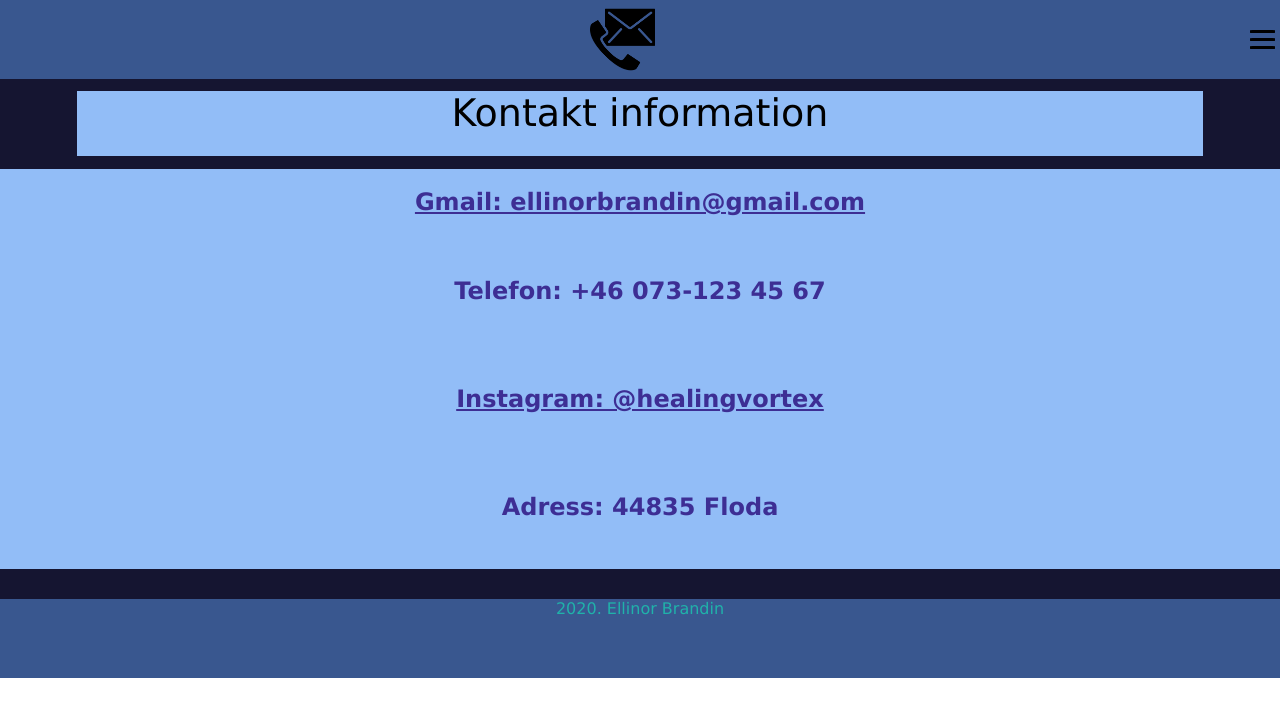
Repository: EllinorBrandin/projekt2
Page: kontakt.html
The author's editor kept a copy of each file at every save. The page is drawn from the files as they stood at one save, then again after the next save.
The browser window is 1280 px wide. The pictures show the whole page.

Above is the page before, as saved 2020-05-29 01:50:38.
Console error: TypeError: Cannot read properties of undefined (reading 'style')

### kontakt.html
<!DOCTYPE html>
<html lang="en">
<head>
    <meta charset="UTF-8">
    <meta name="viewport" content="width=device-width, initial-scale=1.0">
    <meta http-equiv="X-UA-Compatible" content="ie=edge">
    <title>Kontakt</title>
    <link rel="stylesheet" type="text/css" href="css/style.css"/>
</head>
<body>
<div id="container">
    <div class="navbar">
        <img src="img/contact.png" alt="Kontakt" class="kontaktlogga">

       <div id="hamburgermeny">

           <ul class="navLinks">
            <li class="link1"><a href="minprofil.html">Min profil</a></li>
            <li class="link3"><a href="index.html">Hem</a></li>
            <li class="link4"><a href="faq.html">F.A.Q</a></li>
            <li class="link4"><a href="installningar.html">Inställningar</a></li>

          </ul>

        </div>

          <div class="burger">
            <div class="line1"></div>
            <div class="line2"></div>
            <div class="line3"></div>
          </div>
        </div>
        <div class="idk">
        <div class="tinybox">

            <div class="smallerbox">Kontakt information</div>

        </div>
        <div class="contactinfo">
          <div class="email">
            <a href="https://mail.google.com/mail" class="geemail"><h2>Gmail: ellinorbrandin@gmail.com</h2></a>
          </div>
          <div class="telefon"><h2 class="phoen">Telefon: +46 073-123 45 67</h2></div>
          <div class="instagram"><a href="https://www.instagram.com/" class="thingy" ><h2 > Instagram: @healingvortex</h2></a>
          </div>
          <div class="adress"><h2 class="adrees">Adress: 44835 Floda</h2></div>
        </div>
        <div class="realfoot">2020. Ellinor Brandin</div>

      </div>
</div>


<script src="js/script.js"></script>
</body>
</html>

### css/style.css
@media only screen and (min-width: 300px) {

  *{
    margin: 0px;
    padding: 0px;
    box-sizing: border-box;
  }
#container {
    display: grid;
    width: 100%;
    grid-template-columns:2fr 1fr;
    text-align: center;
    background-color: rgb(21, 21, 49);
  font-family: 'Lucida Sans', 'Lucida Sans Regular', 'Lucida Grande', 'Lucida Sans Unicode', Geneva, Verdana, sans-serif;
    grid-template-areas:
        'nv nv nv nv'
        'hm hm hm hm'
        'hd hd hd hd'
        'mn mn mn mn'
        'ft ft ft ft';
}

/*nav*/

.navbar{
    grid-area: nv;
    position: relative;
    display: flex;
    justify-content: flex-end;
    align-items:center;
    text-align: center;
    margin-bottom: 12px;
    height: 11vh;
    background-color: rgb(57, 87, 143);
    font-family:'Segoe UI', Tahoma, Geneva, Verdana, sans-serif;
}



  .navLinks {
    display: flex;
    flex-direction: column;
    justify-content: space-around;
    position: absolute;
    right: 0px;
    height: 70vh;
    z-index:2;
    line-height: 20vh;
    top: -89vh;
    background-color: rgb(57, 87, 143) ;
    transition: all 0.5s;
    box-shadow: -5px 2px 3px rgba(8, 13, 78, 0.295);
  }

  .yellowbooket{
    margin-left: auto;
    margin-right: auto;
    font-size: 12px;
  }
}
  /* logga */

.boklogga {
  display: block;
  margin-left: auto;
  margin-right: auto;
  width: 65px;
}

.kontaktlogga {
  display: block;
  margin-left: auto;
  margin-right: auto;
  width: 65px;
}

.ovrigtlogga{
  display: block;
  margin-left: auto;
  margin-right: auto;
  width: 65px;
}

.profil {
  display: block;
  margin-left: auto;
  margin-right: auto;
  width: 65px;
}

.fraglogga {
  display: block;
  margin-left: auto;
  margin-right: auto;
  width: 65px;
}

/* /logga */

  .navLinks a {
    color: white;
    text-decoration: none;
    letter-spacing: 3px;
    font-weight: bold;
    font-size: 14px;
    height: 17.5px;
  }
.link1{
  transition: 0.5s;
  height: 17.5vh;
}

.link1:hover{
  background-color: rgba(255, 255, 255, 0.356);

}

.link2{
  transition: 0.5s;
  height: 17.5vh;

}
.link2:hover{
  background-color: rgba(255, 255, 255, 0.295);

}

.link3{
  transition: 0.5s;
  height: 17.5vh;


}
.link3:hover{
  background-color: rgba(255, 255, 255, 0.295);

}
.link4{
  transition: 0.5s;
  height: 17.5vh;


}
.link4:hover{
  background-color: rgba(255, 255, 255, 0.295);

}

  .burger div {
    width: 25px;
    height: 3px;
    background-color: black;
    margin: 5px;
    border-radius: 10%;
    transition: all 0.5s;
  }

  .toggle .line1 {
    transform: rotate(-45deg) translate(-5px, 6px);
  }

  .toggle .line2 {
  opacity: 0;
  }

  .toggle .line3 {
    transform: rotate(45deg) translate(-5px, -6px);
  }

  .navActive {
    transform: translateY(100vh);
  }

/* /nav */

.header {
  margin-top: 10px;
  margin-bottom: 10px;
  grid-area: hd;
  height: 100%;
  background-color: rgb(57, 87, 143);
  color: rgb(255, 255, 255);
  margin-bottom: 20px;
}

*{box-sizing: border-box}

.slideshow {
  max-width: 100vw;
  position: relative;
  margin: auto;
  margin: 20px;
}

.myslides {
  display: none;
}

.till-weuweb{
  width: 90%;
}

.prev, .next {
  cursor: pointer;
  position: absolute;
  top: 50%;
  width: auto;
  padding: 16px;
  margin-top: -110px;
  color: white;
  border-radius: 0 3px 3px 0;
  user-select: none;
  transition: 0.35s ease;
}

.next {
  right:0;
  border-radius: 0 3px 3px 0;
}

.prev{
  left:0;
  border-radius: 0 3px 3px 0;

}

.text1 {
  color: white;
  font-weight: bold;

}

.prev:hover, .next:hover {
  background-color: rgba(0, 10, 39, 0.548);
}

.fade {
  -webkit-animation-name: fade;
  -webkit-animation-duration: 1.5s;
  animation-name: fade;
  animation-duration: 1.5s;
}

@-webkit-keyframes fade {
  from {opacity: .4}
  to {opacity: 1}
}

@keyframes fade {
  from {opacity: .4}
  to {opacity: 1}
}

.main {
  position: relative;
  margin-top: 32px;
  margin-bottom: 25px;
  grid-area: mn;
  background-color: rgb(57, 87, 143);
  height: 66vh;
  color: rgb(10, 16, 102);
  font-size: 12px;
  font-weight: bold;
  }

:root {
  --gutter: 25px;
}

.allbooks{
  padding: var(--gutter) 0;
  display:grid;
  grid-gap: var(--gutter) 0;
  grid-template-columns: var(--gutter) 1fr var(--gutter);
  align-content: start;
}

.allbooks > * {
  grid-column: 2 / -2;
}

.allbooks > .full {
  grid-column: 1 / -1;
}

.hs {
  display: grid;
  grid-gap: calc(var(--gutter) / 2);
  grid-template-columns: repeat(6, calc(42% - var(--gutter) * 2));
  grid-template-rows: minmax(150px, 1fr);

  overflow-x: scroll;
  scroll-snap-type: x proximity;
  padding-bottom: calc(.75 * var(--gutter));
  margin-bottom: calc(-.25 * var(--gutter));
}

ul {
  list-style: none;
  padding: 0;
}


.allbooks {
  width: 100vw;
  height: 250px;
  overflow-y: scroll;
}

.hs > li,
.item {
  scroll-snap-align: center;
  padding: calc(var(--gutter) / 2 * 1.5);
  display: flex;
  flex-direction: column;
  justify-content: center;
  align-items: center;
  background: white;
  border-radius: 15px;
}

:root {
  --gutter: 25px;
}

.otherbooks{
  padding: var(--gutter) 0;
  display:grid;
  grid-gap: var(--gutter) 0;
  grid-template-columns: var(--gutter) 1fr var(--gutter);
  align-content: start;
}

.otherbooks > * {
  grid-column: 2 / -2;
}

.otherbooks > .full {
  grid-column: 1 / -1;
}

.ha {
  display: grid;
  grid-gap: calc(var(--gutter) / 2);
  grid-template-columns: repeat(6, calc(42% - var(--gutter) * 2));
  grid-template-rows: minmax(150px, 1fr);

  overflow-x: scroll;
  scroll-snap-type: x proximity;
  padding-bottom: calc(.75 * var(--gutter));
  margin-bottom: calc(-.25 * var(--gutter));
}

ul {
  list-style: none;
  padding: 0;
}


.otherbooks {
  width: 100vw;
  height: 250px;
  overflow-y: scroll;
}

.ha > li,
.item {
  scroll-snap-align: center;
  padding: calc(var(--gutter) / 2 * 1.5);
  display: flex;
  flex-direction: column;
  justify-content: center;
  align-items: center;
  background: white;
  border-radius: 15px;
}

.footer {
  grid-area: ft;
  background-color: rgb(57, 87, 143);
  height: 10vh;
  color: lightseagreen;
}
/*SEARCH*/
.search{
  grid-area: hm;
  background-color: rgba(255, 255, 255, 0.733);
  width: 90%;
  margin-left: auto;
  margin-right: auto;
  top: 50%;
  height: 40px;
  border-radius: 40px;
  left: 50%;
  font-style: italic;
  color: black;
  padding: 10px;
}

.search-txt {
  border: none;
  background: none;
  outline: none;
  float: left;
  padding: 0;
  color: white;
  font-size: 16px;
  transition: 0.4s;
  width: 90%;
}

.searchbutton{
height: 25px;
cursor: pointer;

}

.searchbutton:hover{
  color: darkblue
}

/*/SEARCH*/

.smolpic{
  height:115px;
  box-shadow: -1px 0px 10px rgba(10, 16, 100, 0.185);
}

.smolpic:hover{
  transform: rotate(15deg);
  transition: 1s;
}

.hooder {
  grid-area: hd;
  height: 340px;
  background-color: rgb(146, 189, 247);
  margin-bottom: 12px;
  text-align: center;
  color: black;
  font-weight: bold;
  width: 500px;
  margin-left: auto;
  margin-right: auto;
}

.profilepic{
height: 100px;
}

#moon{
  grid-area: mn;
  background-color: rgb(57, 87, 143);
  height: 500px;
  margin-bottom: 12px;
  margin-left: 10px;
  margin-right: 10px;
}

.classes{
  background-color: rgb(146, 189, 247);
  height: 30px;
}

.otherclasses{
  background-color: rgb(91, 143, 211);
  height: 30px;
  font-stretch: extra-expanded;
}

#fpt{
  background-color: rgb(57, 87, 143);
  grid-area: ft;
  margin-bottom: 12px;
  height: 100px;
  color: lightseagreen;

}

.arrow{
  width: 50%;
}

#wowsie{
  grid-area: hd;
  height: 50px;
  background-color: rgb(146, 189, 247);
  margin-right: 10%;
  margin-left: 10%;
  margin-bottom: 2%;
  font-size: 39px;
  font-weight: 500;
}

.meen{
  grid-area: mn;
  font-size: 14px;
  text-align: left;
  background-color: rgb(146, 189, 247);
  margin-left: 30px;
  margin-right: 30px;
}

#spice{
  font-size: 20px;
}

#jajaja{
  margin-top: 10px;
  font-weight: 600;
  color:grey

}
#massatext{
  margin-top: 10px;
  font-size: 12px;;
  margin-bottom: 10px;
}

.blok{
  background-color: white;
  height: 110%;
  margin-left: 10%;
  margin-right: 10%;

}

#aa{
  margin: 10px;
}

#feeter{
  grid-area: ft;
  height: 50px;
  background-color: rgb(57, 87, 143);
  text-align: center;
  color: lightseagreen;
  font-family: -apple-system, BlinkMacSystemFont, 'Segoe UI', Roboto, Oxygen, Ubuntu, Cantarell, 'Open Sans', 'Helvetica Neue', sans-serif;
}

#yellowbooket{
  text-align: center;
}

.retreat{
  border: none;
  background-color: rgba(21, 21, 49, 0.233);
  width:60px;
  height: 35px;
  font-weight: 500;
  cursor: pointer;
  margin-right: 90.6vw;
}

.retreat:hover{
transition: 0.4s;
background-color: rgba(146, 190, 247, 0.5);
}

.tinybox{
  grid-area: hm;
}

.smallerbox{
  background-color: rgb(146, 189, 247);
  height: 65px;
  margin-bottom: 13px;
  margin-left: 6%;
  margin-right: 6%;
  font-size: 38px;
}

.contactinfo{
  grid-area: hd;
  height: 400px;
  background-color: rgb(146, 189, 247);
  margin-bottom: 30px;

}

.idk{
  grid-area: mn;
  background-color: rgb(21, 21, 49);
  height: 581px;
}

.realfoot{
  grid-area: ft;
  background-color: rgb(57, 87, 143);
  height: 11vh;
  color: lightseagreen;

}

.email{
  height:15vh;
}

.email:hover{
  transition: 0.3s;
  background-color: rgba(255, 255, 255, 0.438);
}
.telefon {
  height:15vh;
}

.telefon:hover{
  transition: 0.3s;
  background-color: rgba(255, 255, 255, 0.438);
}
.instagram {
  height:15vh;
}

.instagram:hover{
  transition: 0.3s;
  background-color: rgba(255, 255, 255, 0.438);
}
.adress{
  height:15vh;
}
.adress:hover{
  transition: 0.3s;
  background-color: rgba(255, 255, 255, 0.438);
}

.geemail{
  color: rgb(61, 46, 148);
  margin-left: 30px;
}

.geemail:hover{
  transition: 0.27s;
  color: white;
}

.phoen{
  color: rgb(61, 46, 148);
}
.phoen:hover{
  transition: 0.27s;
  color: white;
}

.thingy{
  color: rgb(61, 46, 148);

}

.thingy:hover{
  transition: 0.27s;
  color: white;
}

.adrees{
  color: rgb(61, 46, 148);

}

.adrees:hover{
  transition: 0.27s;
  color: white;
}

#fak{
  font-size: 30px;
  font-weight: 600;
}

.questionbar{
  grid-area: mn;
  background-color: lightskyblue;
  height: 514px;
  width: 100%;
  margin-bottom: 13px;


}

.kvestions{
  height: 479px;
  background-color: rgb(212, 239, 255);
  line-height: 17vh;
  font-size: 18px;
  font-weight: 500;
  margin-left: 15%;
  margin-right: 15%;

}

.grass{
  height:119.75px;
}

.grass:hover{
  transition: 0.3s;
  background-color: rgba(255, 255, 255, 0.438);
}
.rain {
  height:119.75px;
}

.rain:hover{
  transition: 0.3s;
  background-color: rgba(255, 255, 255, 0.438);
}
.snow {
  height:119.75px;
}

.snow:hover{
  transition: 0.3s;
  background-color: rgba(255, 255, 255, 0.438);
}
.read{
  height:119.75px;
}
.read:hover{
  transition: 0.3s;
  background-color: rgba(255, 255, 255, 0.438);
}

.possibly{
  grid-area: mn;
  background-color:lightskyblue;
  height: 514px;
  width: 100%;
  margin-bottom: 13px;

}

.ja{
  height: 479px;
  background-color: rgb(212, 239, 255);
  line-height: 70vh;
  font-size: 25px;
  font-weight: 500;
  margin-left: 15%;
  margin-right: 15%;
}

### js/script.js
const nav = document.querySelector('.navLinks')
const burger = document.querySelector('.burger')

function toggleMeny() {
  nav.classList.toggle('navActive')
 burger.classList.toggle('toggle')

}
burger.addEventListener('click', toggleMeny)

var slideIndex = 1;
showSlides(slideIndex);

function plusSlides(n) {
  showSlides(slideIndex += n);
}

function currentSlide(n) {
  showSlides(slideIndex = n);
}

function showSlides(n) {
  var i;
  var slides = document.getElementsByClassName("mySlides");
  var dots = document.getElementsByClassName("dot");
  if (n > slides.length) {slideIndex = 1}
  if (n< 1) {slideIndex = slides.length}
  for (i = 0; i <slides.length; i++) {
      slides[i].style.display = "none" ;
  }
  for (i = 0; i < dots.length; i++) {
      dots[i].className = dots[i].className.replace("active", "");
  }
  slides[slideIndex-1].style.display = "block";
  dots[slideIndex-1].className += "active";
}

function goBack() {
  window.history.back();
}

After the next save:
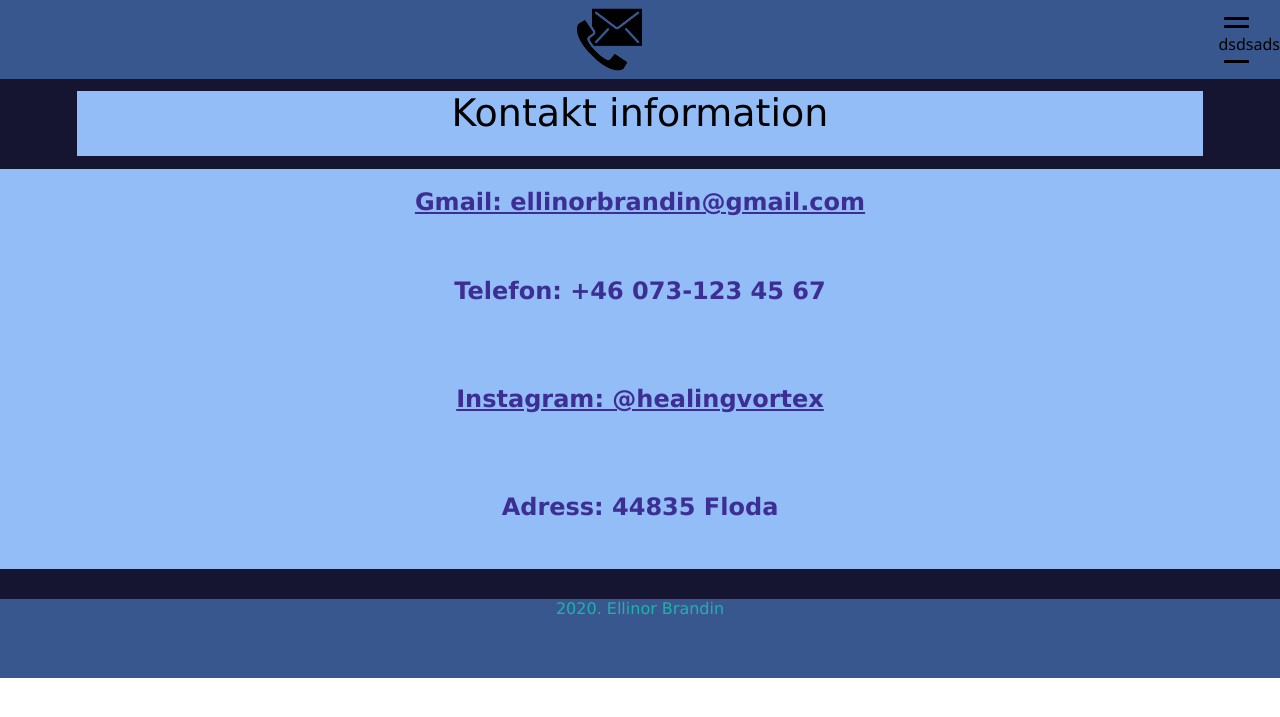
Saved 4 min 9 s later.
--- a/kontakt.html
+++ b/kontakt.html
@@ -26,7 +26,7 @@
 
           <div class="burger">
             <div class="line1"></div>
-            <div class="line2"></div>
+            <div class="line2"></div>dsdsads
             <div class="line3"></div>
           </div>
         </div>
